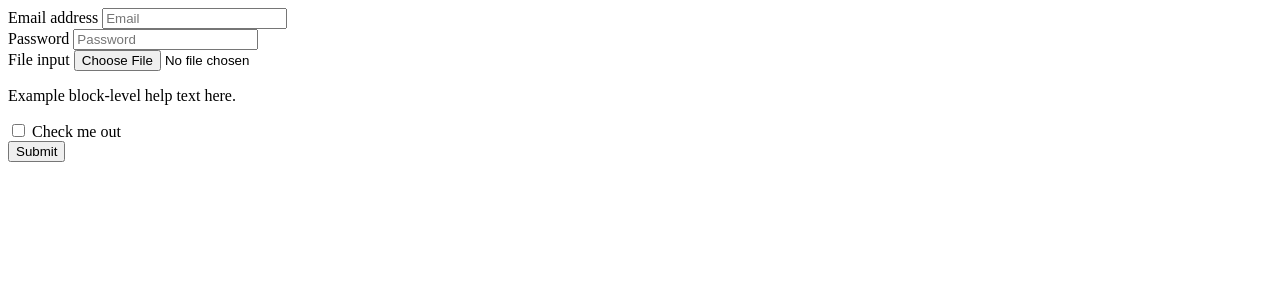
Repository: felipedischer/valemobi
Page: http://localhost/Valemobi/
These files come from the project's save history. The page is drawn as it stood at one moment and after the next save; the edit follows.
The browser window is 1280 px wide. The pictures show the whole page.
The page is served by Tomcat 9.

Above is the page before, as saved 2016-09-28 02:59:58.

After the next save:
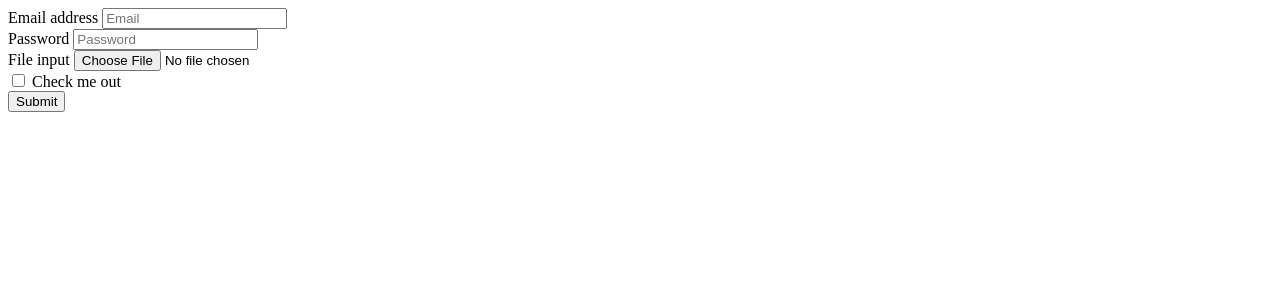
Saved 24 s later.
--- a/Valemobi/WebContent/index.jsp
+++ b/Valemobi/WebContent/index.jsp
@@ -21,7 +21,7 @@
   <div class="form-group">
     <label for="exampleInputFile">File input</label>
     <input type="file" id="exampleInputFile">
-    <p class="help-block">Example block-level help text here.</p>
+
   </div>
   <div class="checkbox">
     <label>
